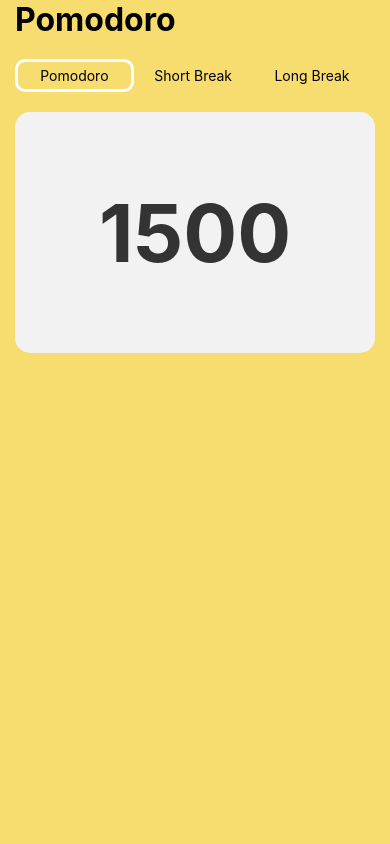
Repository: rchavarria77/pomodoro-app
Screen: /
The author's editor kept a copy of each file at every save. The screen is drawn from the files as they stood at one save, then again after the next save.
The app was drawn by React Native's web renderer in a window 390 px wide. The project was rebuilt for these pictures with package versions that can differ from the ones it lists, and the page was loaded fresh each time.

Above is the screen before, as saved 2024-02-01 01:01:18.

### App.js
import { useState } from 'react';
import { Platform, SafeAreaView, StyleSheet, Text, View } from 'react-native';
import { Header } from './src/components/Header';
import { Timer } from './src/components/Timer';

const colors = ['#F7DC6F', '#A2D9CE', '#D7BDE2'];

export default function App() {
  const [isWorking, setIsWorking] = useState(false);
  const [time, setTime] = useState(25 * 60);
  const [currentTime, setCurrentTime] = useState('POMO' | 'SHORT' | 'BREAK');

  return (
    <SafeAreaView
      style={[styles.container, { backgroundColor: colors[currentTime] }]}
    >
      <View
        style={{
          paddingHorizontal: 15,
          paddingTop: Platform.OS === 'android' && 30,
          flex: 1,
        }}
      >
        <Text style={styles.text}>Pomodoro</Text>
        <Header
          setTime={setTime}
          currentTime={currentTime}
          setCurrentTime={setCurrentTime}
        />
        <Timer time={time} />
      </View>
    </SafeAreaView>
  );
}

const styles = StyleSheet.create({
  container: {
    flex: 1,
  },
  text: { fontSize: 32, fontWeight: 'bold' },
});

### src/components/Header.jsx
import { StyleSheet, Text, TouchableOpacity, View } from 'react-native';

const options = ['Pomodoro', 'Short Break', 'Long Break'];

export const Header = ({ setTime, currentTime, setCurrentTime }) => {
  const handlePress = (index) => {
    const newTime = index === 0 ? 25 : index === 1 ? 5 : 15;
    setCurrentTime(index);
    setTime(newTime * 60);
  };

  return (
    <View style={{ flexDirection: 'row' }}>
      {options.map((option, i) => (
        <TouchableOpacity
          key={i}
          style={[
            styles.itemStyle,
            currentTime !== i && { borderColor: 'transparent' },
          ]}
          onPress={() => handlePress(i)}
        >
          <Text>{option}</Text>
        </TouchableOpacity>
      ))}
    </View>
  );
};

const styles = StyleSheet.create({
  itemStyle: {
    width: '33%',
    borderWidth: 3,
    padding: 5,
    borderColor: 'white',
    marginVertical: 20,
    borderRadius: 10,
    alignItems: 'center',
  },
});

### src/components/Timer.jsx
import { StyleSheet, Text, View } from 'react-native';

export const Timer = ({ time }) => {
  return (
    <View style={styles.container}>
      <Text style={styles.time}>{time}</Text>
    </View>
  );
};

const styles = StyleSheet.create({
  container: {
    flex: 0.3,
    justifyContent: 'center',
    backgroundColor: '#F2F2F2',
    padding: 15,
    borderRadius: 15,
  },
  time: {
    fontSize: 80,
    fontWeight: 'bold',
    textAlign: 'center',
    color: '#333333',
  },
});

After the next save:
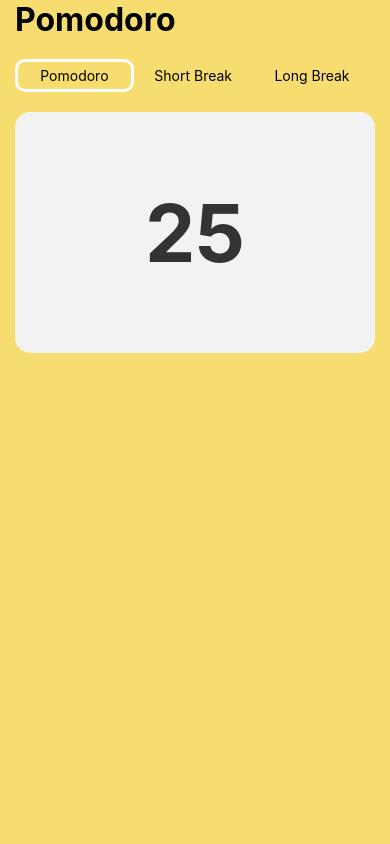
Saved 18 s later.
--- a/src/components/Timer.jsx
+++ b/src/components/Timer.jsx
@@ -3,7 +3,7 @@
 export const Timer = ({ time }) => {
   return (
     <View style={styles.container}>
-      <Text style={styles.time}>{time}</Text>
+      <Text style={styles.time}>{time / 60}</Text>
     </View>
   );
 };

After the save that followed:
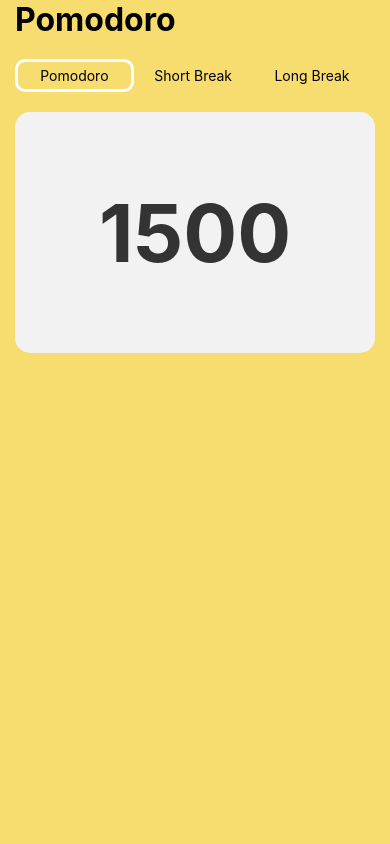
Saved 5 s later.
--- a/src/components/Timer.jsx
+++ b/src/components/Timer.jsx
@@ -3,7 +3,7 @@
 export const Timer = ({ time }) => {
   return (
     <View style={styles.container}>
-      <Text style={styles.time}>{time / 60}</Text>
+      <Text style={styles.time}>{time}</Text>
     </View>
   );
 };
